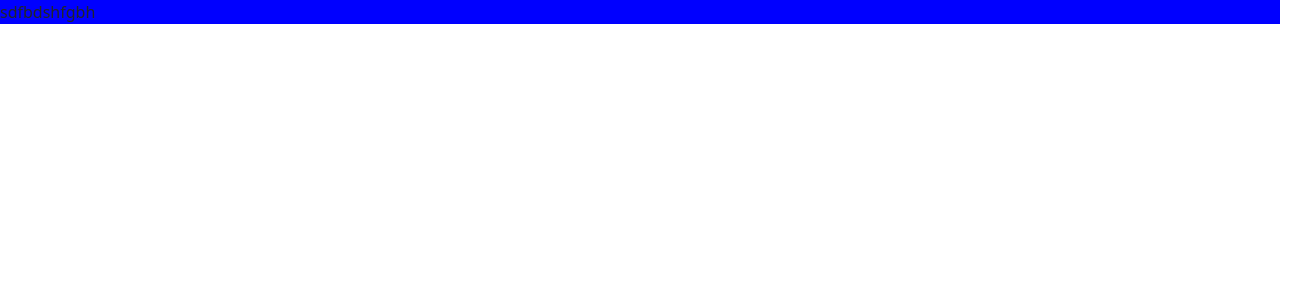
Repository: thanhp6868/ltWeb
Page: 0410/cv/index.html
These files come from the project's save history. The page is drawn as it stood at one moment and after the next save; the edit follows.
The browser window is 1280 px wide. The page is 1292 px wide, then 1280 px, so the pictures cover 1292 px, including what lies to the right of the window. The pictures show the whole page.

Above is the page before, as saved 2023-10-09 21:37:39.

### 0410/cv/index.html
<!DOCTYPE html>
<html lang="en">

<head>
    <meta charset="UTF-8">
    <link href="https://cdn.jsdelivr.net/npm/bootstrap@5.2.3/dist/css/bootstrap.min.css" rel="stylesheet"
        integrity="sha384-rbsA2VBKQhggwzxH7pPCaAqO46MgnOM80zW1RWuH61DGLwZJEdK2Kadq2F9CUG65" crossorigin="anonymous">
    <meta name="viewport" content="width=device-width, initial-scale=1.0">
    <title>Document</title>
</head>

<body>
    <div class="jumbotron text-center" style="background-color: blue;">
        <div class="row">
            <div class="col-1">
                sdfbdshfgbh
            </div>

        </div>
    </div>
</body>

</html>

After the next save:
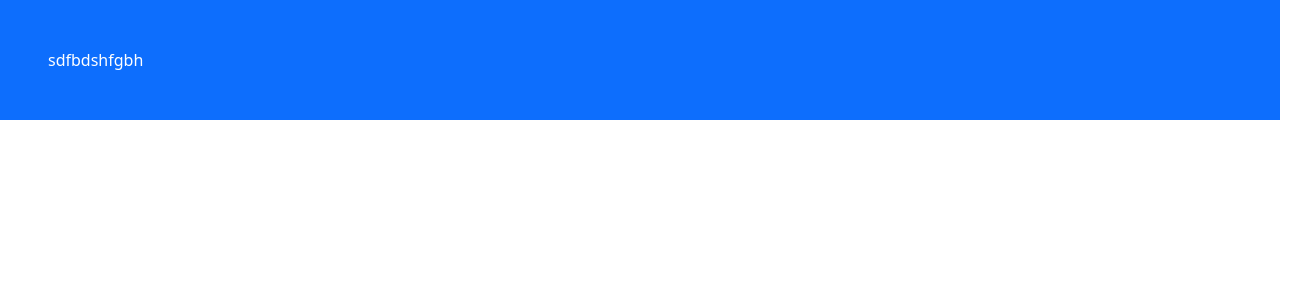
Saved 107 s later.
--- a/0410/cv/index.html
+++ b/0410/cv/index.html
@@ -10,7 +10,7 @@
 </head>
 
 <body>
-    <div class="jumbotron text-center" style="background-color: blue;">
+    <div class="container-fluid p-5 bg-primary text-white text-center h-2" >
         <div class="row">
             <div class="col-1">
                 sdfbdshfgbh
